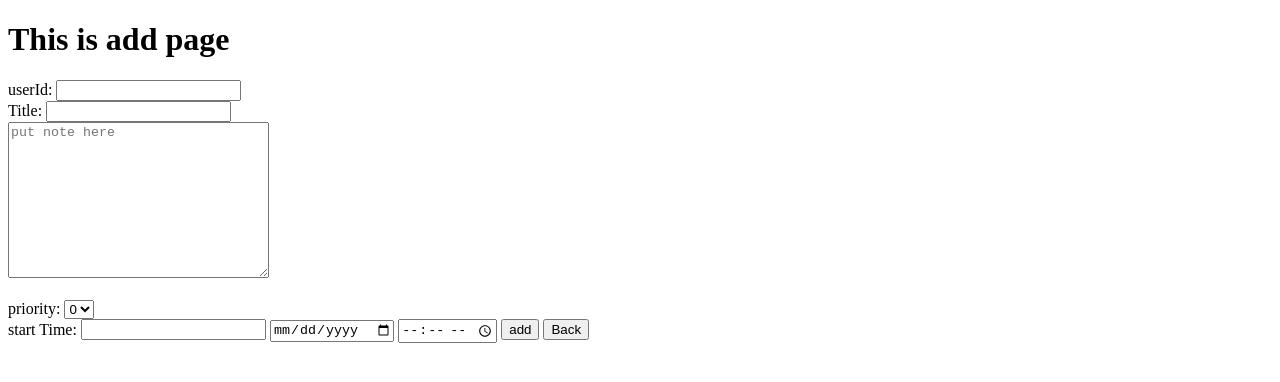
Repository: iamBoWu/CMPT370
Page: http://localhost/addevent
The author's editor kept a copy of each file at every save. The page is drawn from the files as they stood at one save, then again after a run of saves.
The browser window is 1280 px wide. The pictures show the whole page.
The page is this project's Thymeleaf template; nobody is signed in. The template is opened directly, without the code that normally fills it, so the values that code supplies are empty.

Above is the page before, as saved 2020-03-05 16:43:08.

### 370ProjectBackend/370project/src/main/resources/templates/addevent.html
<!DOCTYPE html>
<html lang="en" xmlns:th="http://www.thymeleaf.org">
<head>
<meta charset="UTF-8">
<title>addevent</title>
    <script type="text/javascript" th:src="@{/js/jquery.min.js}" ></script>

	  <script th:inline="javascript">
	    var eventid = [[${session.EventId}]];

	    function submitAdd(){
	    	var req = {};
	    	req.userId = $('#userId').val().trim();
	    	req.eventTitle = $('#eventTitle').val().trim();
	    	req.note = $('#note').val().trim();
	    	req.priority = $('#priority').val().trim();

	    	$.ajax({
	    		  type: "POST",
	    		  url: "/event/addevent",
	    		  data: JSON.stringify(req),
	    		  success: function(){
	    			  back();
	    		  },
	    		  contentType : "application/json"
	    		});
	    }


	    function back(){
	    	location.href = "/calender/";
	    }

	    </script>

</head>
<body>
				<h1>This is add page</h1>


	            	<p1>userId: </p1>
               		<input id="userId" name="userId"  type="text"  th:value="${session.UserId}"  readonly="readonly"><br>
               		<p1 >Title: </p1>
               		<input id="eventTitle"  name="eventTitle"  type="text"  required><br>
					  <textarea id="note" name="note" placeholder="put note here" rows="10" cols="30" required></textarea>
					  <br><br>
               		<p1>priority: </p1>
					  <select id="priority" name="priority">
					    <option value="0">0</option>
					    <option value="1">1</option>
					    <option value="2">2</option>
					    <option value="3">3</option>
					  </select><br>
					<label for="startTime">start Time:</label>
					<input type="dateTime" id="Time" name="Time">
					<input type="date" id="startTime" name="startTime" required>
					<input type="time" id="Time" name="Time" required>

               <button  onclick="submitAdd()">add</button>

               <button onclick="back()" class="button"> Back</button>

</body>
</html>

Loaded but not shown: 370ProjectBackend/370project/src/main/resources/static/js/jquery.min.js (library)

After the next 2 saves:
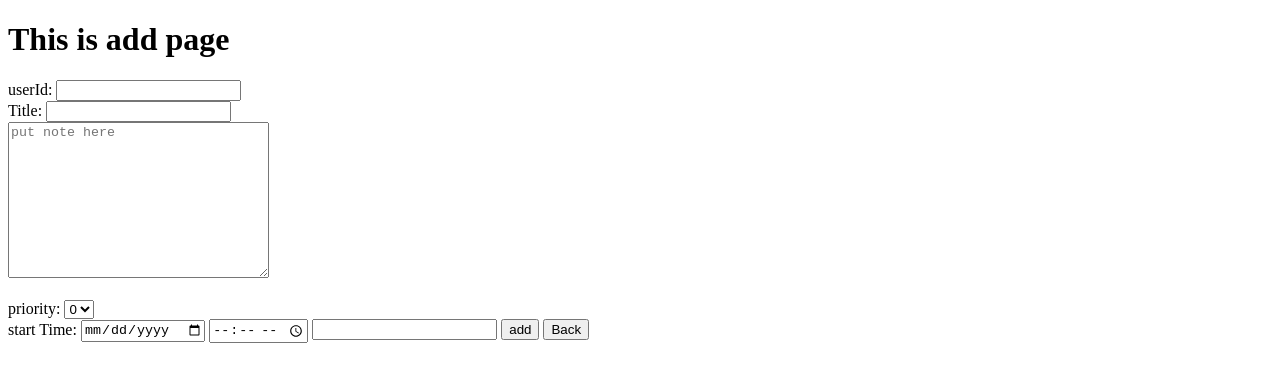
The 2 saves are shown as one change because they came seconds apart.
The last was saved 11 s later.
--- a/370ProjectBackend/370project/src/main/resources/templates/addevent.html
+++ b/370ProjectBackend/370project/src/main/resources/templates/addevent.html
@@ -52,9 +52,9 @@
 					    <option value="3">3</option>
 					  </select><br>
 					<label for="startTime">start Time:</label>
-					<input type="dateTime" id="Time" name="Time">
 					<input type="date" id="startTime" name="startTime" required>
 					<input type="time" id="Time" name="Time" required>
+					<input type="dateTime" id="Time" name="Time">
 
                <button  onclick="submitAdd()">add</button>
 
